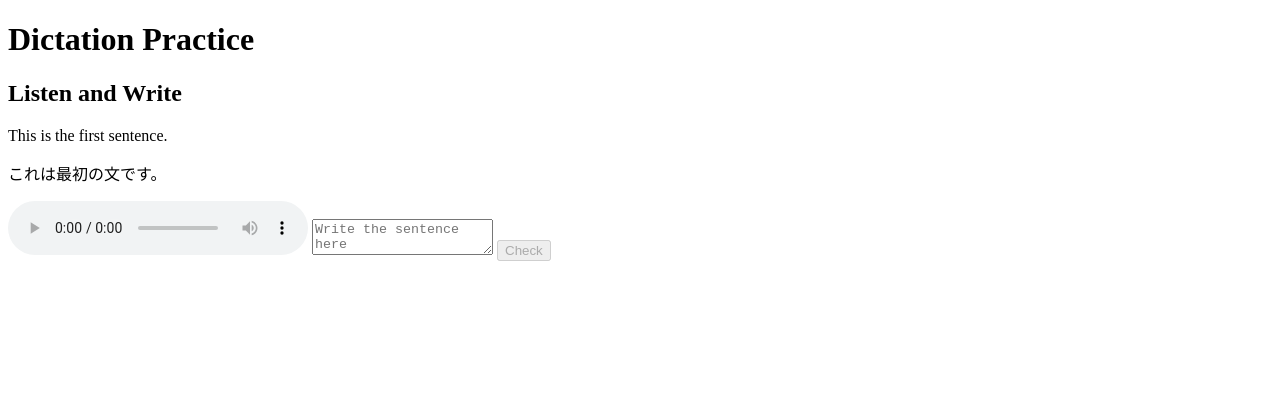
Repository: MBR3/MBR3.github.io
Page: shisutan-test-A2E.html
An editor plug-in stored every save of this project. The page is shown before and after the next save, followed by the edit.
The browser window is 1280 px wide. The pictures show the whole page.

Above is the page before, as saved 2023-07-08 14:47:31.

### shisutan-test-A2E.html
<!DOCTYPE html>
<html lang="en">

<head>
  <!-- headセクションのコード -->
</head>

<body>
  <div class="container">
    <h1>Dictation Practice</h1>
    <div class="dictation">
      <h2>Listen and Write</h2>
      <div id="question-container">
        <p id="question-english"></p>
        <p id="question-japanese"></p>
      </div>
      <audio id="audio-player" controls>
        <source id="audio-source" type="audio/mpeg">
        Your browser does not support the audio element.
      </audio>
      <textarea id="user-input" class="form-control" placeholder="Write the sentence here"></textarea>
      <button id="check-button" class="btn btn-primary">Check</button>
      <div id="result"></div>
    </div>
  </div>

  <script src="https://code.jquery.com/jquery-3.5.1.slim.min.js"></script>
  <script src="https://cdn.jsdelivr.net/npm/bootstrap@4.5.2/dist/js/bootstrap.min.js"></script>
  <script>
    $(document).ready(function() {
      var dictationData = [
        {
          english: "This is the first sentence.",
          japanese: "これは最初の文です。",
          audio: "Shisutan-audio/s-001.mp3"
        },
        {
          english: "Here comes the second sentence.",
          japanese: "次は2つ目の文です。",
          audio: "Shisutan-audio/s-002.mp3"
        },
        // 他の問題データを追加
      ];

      var currentQuestion = 0;

      function loadQuestion() {
        $('#question-english').text(dictationData[currentQuestion].english);
        $('#question-japanese').text(dictationData[currentQuestion].japanese);
        $('#audio-source').attr('src', dictationData[currentQuestion].audio);
        $('#audio-player').trigger('load');
      }

      $('#check-button').on('click', function() {
        // チェック処理のコード
      });

      $('#audio-player').on('ended', function() {
        $('#check-button').prop('disabled', false);
      });

      $('#check-button').prop('disabled', true);

      $('#audio-player').on('play', function() {
        $('#check-button').prop('disabled', true);
      });

      // 最初の問題を読み込む
      loadQuestion();
    });
  </script>
</body>

</html>

After the next save:
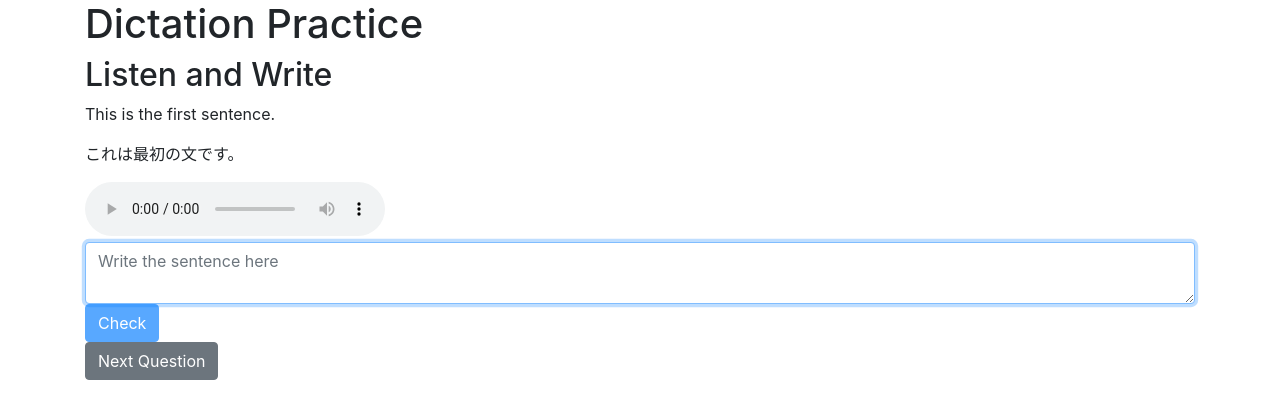
Saved 91 s later.
--- a/shisutan-test-A2E.html
+++ b/shisutan-test-A2E.html
@@ -2,7 +2,13 @@
 <html lang="en">
 
 <head>
-  <!-- headセクションのコード -->
+  <meta charset="UTF-8">
+  <meta name="viewport" content="width=device-width, initial-scale=1.0">
+  <title>Dictation Practice</title>
+  <link rel="stylesheet" href="https://stackpath.bootstrapcdn.com/bootstrap/4.5.2/css/bootstrap.min.css">
+  <style>
+    /* 任意のカスタムスタイルを追加 */
+  </style>
 </head>
 
 <body>
@@ -21,6 +27,7 @@
       <textarea id="user-input" class="form-control" placeholder="Write the sentence here"></textarea>
       <button id="check-button" class="btn btn-primary">Check</button>
       <div id="result"></div>
+      <button id="next-button" class="btn btn-secondary">Next Question</button>
     </div>
   </div>
 
@@ -37,7 +44,7 @@
         {
           english: "Here comes the second sentence.",
           japanese: "次は2つ目の文です。",
-          audio: "Shisutan-audio/s-002.mp3"
+          audio: "audio/second_sentence.mp3"
         },
         // 他の問題データを追加
       ];
@@ -49,10 +56,20 @@
         $('#question-japanese').text(dictationData[currentQuestion].japanese);
         $('#audio-source').attr('src', dictationData[currentQuestion].audio);
         $('#audio-player').trigger('load');
+        $('#user-input').val('').focus();
+        $('#check-button').prop('disabled', true);
+        $('#result').empty();
       }
 
       $('#check-button').on('click', function() {
-        // チェック処理のコード
+        var dictationSentence = dictationData[currentQuestion].english;
+        var userInput = $('#user-input').val().trim();
+
+        if (userInput === dictationSentence) {
+          $('#result').text('Correct! Good job!');
+        } else {
+          $('#result').text('Incorrect. Please try again.');
+        }
       });
 
       $('#audio-player').on('ended', function() {
@@ -65,6 +82,14 @@
         $('#check-button').prop('disabled', true);
       });
 
+      $('#next-button').on('click', function() {
+        currentQuestion++;
+        if (currentQuestion >= dictationData.length) {
+          currentQuestion = 0;
+        }
+        loadQuestion();
+      });
+
       // 最初の問題を読み込む
       loadQuestion();
     });
